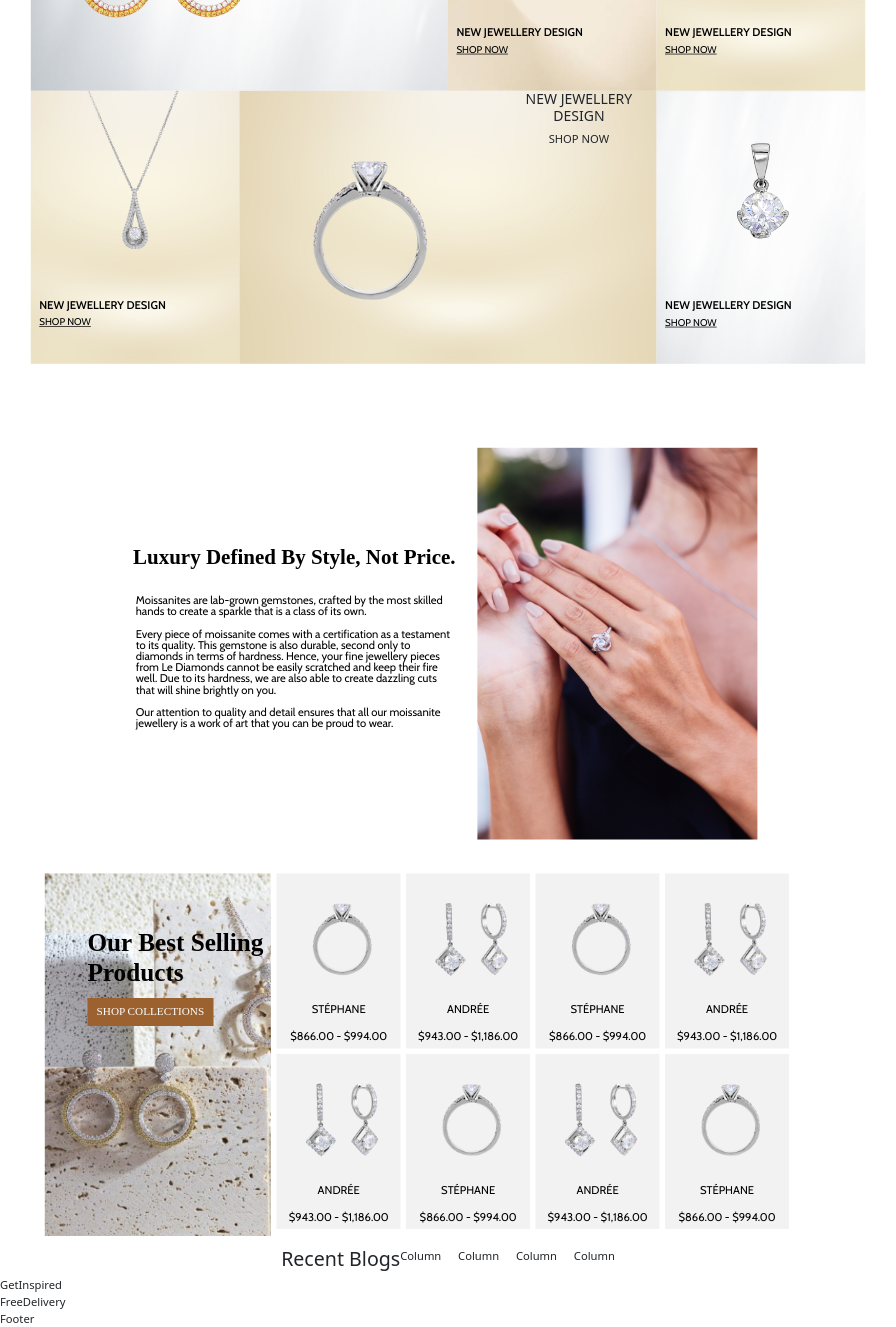
Repository: farrelmuhammad/lediamonds-vi8e
Page: /
An editor plug-in stored every save of this project. The page is shown before and after the next save, followed by the edit.
The browser window is 1280 px wide. The pictures show the part of the page from y = 1094 to 3014 px (the page is 2990 px tall before and 3014 px after), at 70% of full size.
The project was rebuilt for these pictures with package versions that can differ from the ones it lists, and the page was loaded fresh each time. Also part of the build but not shown: src/App.css.

Above is the page before, as saved 2022-09-17 15:12:58.

After the next save:
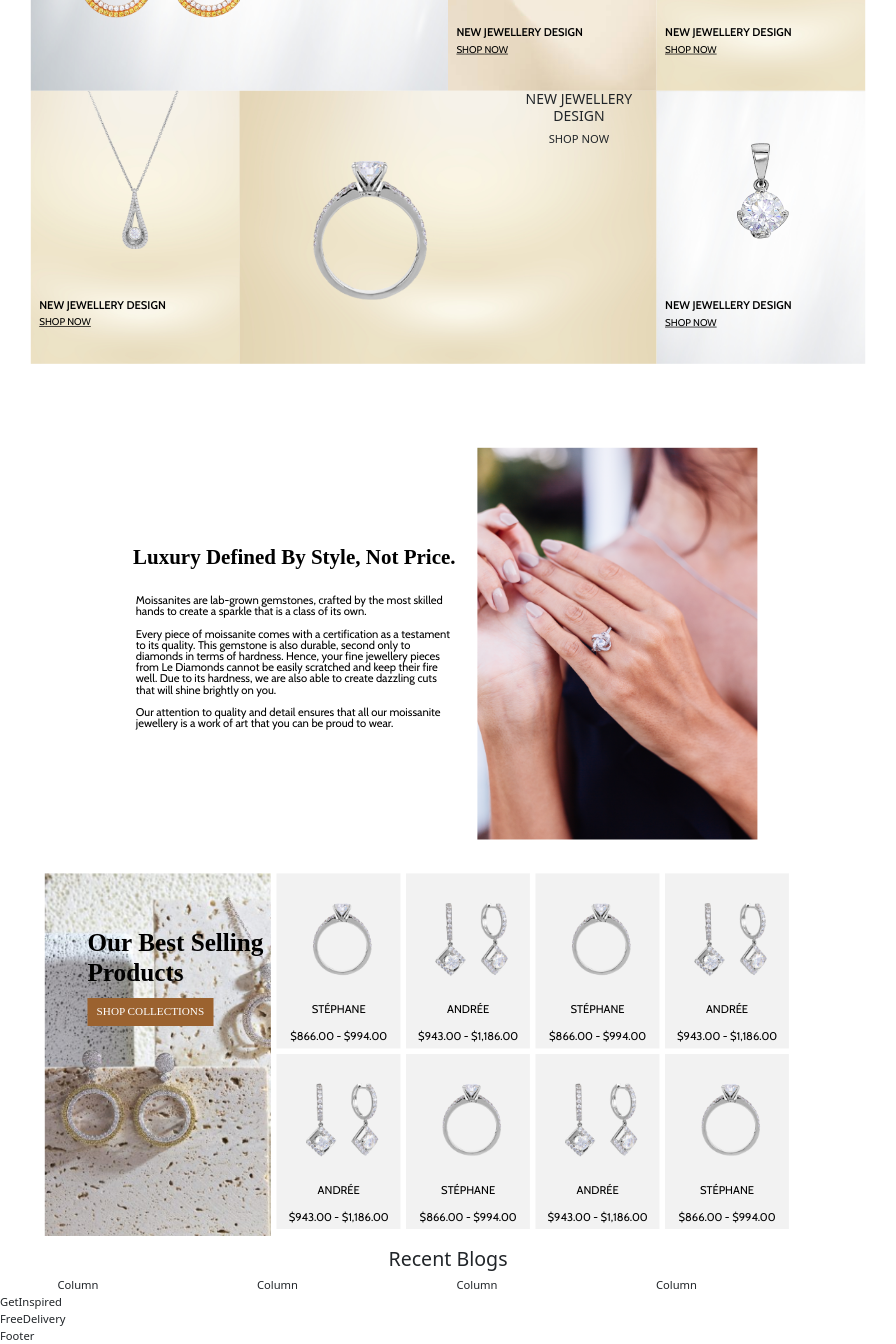
Saved 14 s later.
--- a/src/components/Blogs.jsx
+++ b/src/components/Blogs.jsx
@@ -3,15 +3,17 @@ import React from "react";
 const Blogs = () => {
   return (
     <>
+      <div className="text-center">
+        <h3 className="text-title-blog">Recent Blogs</h3>
+      </div>
       <div class="d-flex justify-content-center">
-        <div className="text-center">
-          <h3 className="text-title-blog">Recent Blogs</h3>
-        </div>
-        <div class="row">
-          <div class="col">Column</div>
-          <div class="col">Column</div>
-          <div class="col">Column</div>
-          <div class="col">Column</div>
+        <div class="container">
+          <div class="row row-cols-4">
+            <div class="col">Column</div>
+            <div class="col">Column</div>
+            <div class="col">Column</div>
+            <div class="col">Column</div>
+          </div>
         </div>
       </div>
     </>
